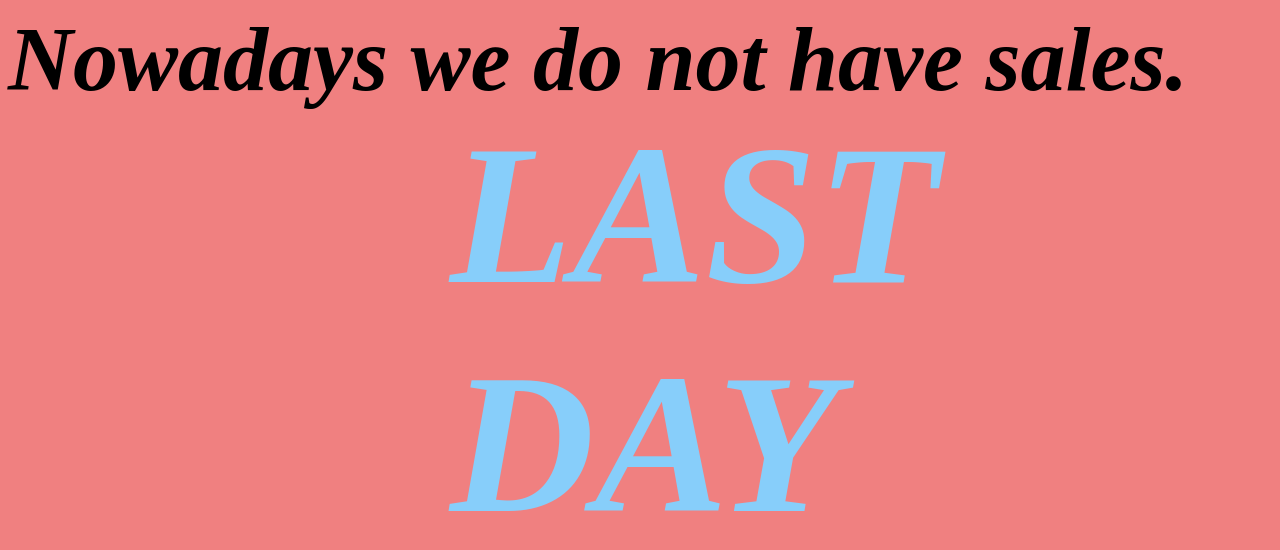
Repository: KHANas02/JS_first-lesson
Page: sale.html
The author's editor kept a copy of each file at every save. The page is drawn from the files as they stood at one save, then again after the next save.
The browser window is 1280 px wide. The pictures show the whole page.

Above is the page before, as saved 2024-03-23 09:50:33.

### sale.html
<!DOCTYPE html>
<html lang="en">
  <head>
    <meta charset="UTF-8" />
    <meta name="viewport" content="width=device-width, initial-scale=1.0" />
    <title>Sales</title>
    <style>
      body {
        background-color: lightcoral;
      }
      .sal {
        font-weight: 900;
        font-size: 90px;
      }
      .sal2 {
        position: absolute;
        left: 450px;
        top: 100px;

        font-weight: 900;
        font-size: 200px;
        color: lightskyblue;
      }
    </style>
  </head>
  <body>
    <div class="sales">
      <cite class="sal">Nowadays we do not have sales.</cite>
    </div>
    <div class="sale">
      <cite class="sal2"
        >LAST <br />
        DAY</cite
      >
    </div>
  </body>
</html>

After the next save:
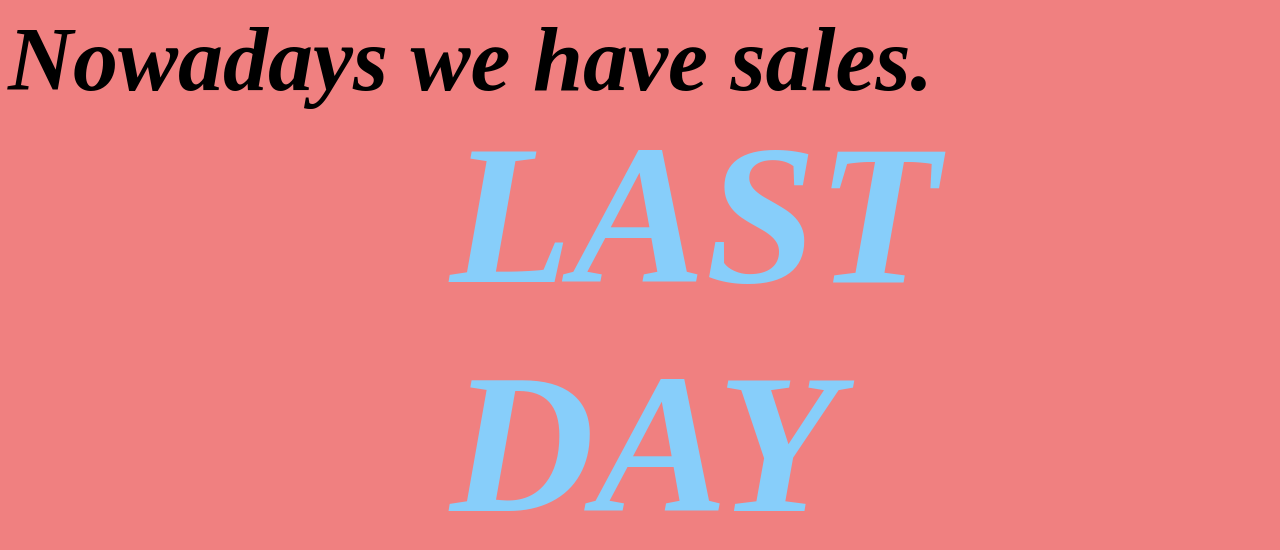
Saved 83 s later.
--- a/sale.html
+++ b/sale.html
@@ -25,7 +25,7 @@
   </head>
   <body>
     <div class="sales">
-      <cite class="sal">Nowadays we do not have sales.</cite>
+      <cite class="sal">Nowadays we have sales.</cite>
     </div>
     <div class="sale">
       <cite class="sal2"
